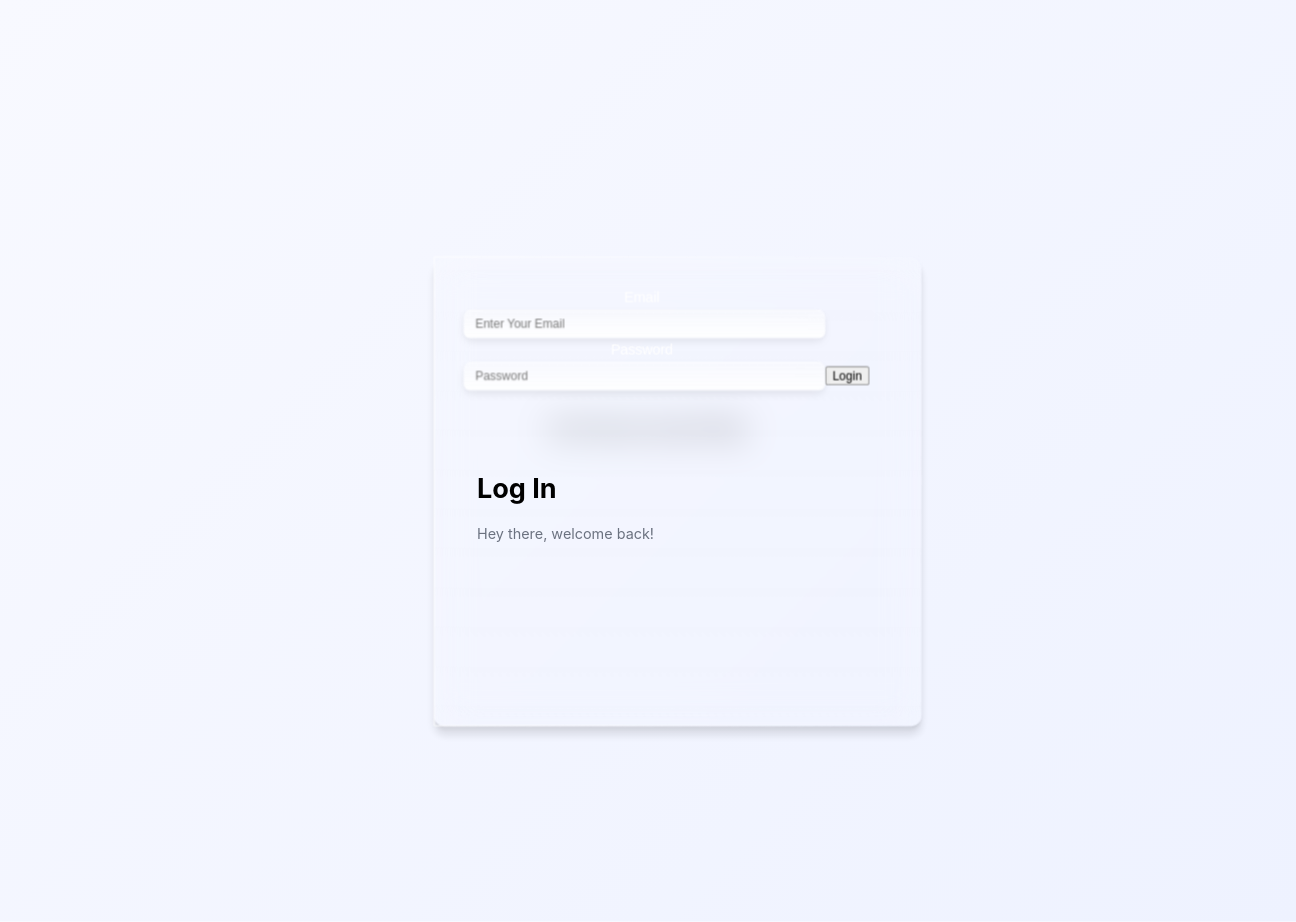
Repository: AfifaNoor/Admin_Panel-React-
Page: /
An editor plug-in stored every save of this project. The page is shown before and after the next save, followed by the edit.
The browser window is 1280 px wide. The page is 1440 px wide, so the pictures cover 1440 px, including what lies to the right of the window. The pictures show the whole page, at 90% of full size.
The project was rebuilt for these pictures with package versions that can differ from the ones it lists, and the page was loaded fresh each time. Also part of the build but not shown: src/SignUp.jsx.

Above is the page before, as saved 2025-07-10 16:02:18.

### src/App.js
import React from 'react'
import LoginPage from './LoginPage'
import { RouterProvider } from 'react-router-dom'
import Router from './Router'

const App = () => {
  return (
    <>
      {/* <RouterProvider router={Router}/> */}
      <LoginPage/>
    </>


  )
}

export default App

### src/LoginPage.jsx
import React, { useState } from 'react'
// import {Navigate, useNavigate} from 'react-router-dom';
import "./LoginPage.css"
import { ToastContainer, toast } from 'react-toastify';
import 'react-toastify/dist/ReactToastify.css';

const LoginPage = () => {
    const[email , setEmail]=useState('')
    const [password , setPassword] = useState('')
    // const navigate= useNavigate();

const handleSubmit =(e)=>{
    e.preventDefault();

 const hardcoreMail="login@gmail.com";
 const hardcorePassword = '1234567'

    if (email=== hardcoreMail && password === hardcorePassword){
        alert("Login Successfull")

    }else{
        alert("Invalid Credential")
    }

}



  return (
 <div className="login-container">

      <div className="signup-redirect">
        <p>
          Don’t have an account?{' '}
          {/* <span className="signup-link" onClick={() => navigate('/sign-up')}> */}
            {/* Sign Up */}
          {/* </span> */}
          <span className="signup-link" >
            Sign
          </span>
        </p>
      </div>

      <div className="title">
        <h1>Log In</h1>
        <p>Hey there, welcome back!</p>
      </div>

    <div>



    </div>

      <form className="login-form" onSubmit={handleSubmit}>
      <label className='form-label'>Email</label>
        <input
          type="email"
          className="form-input"
          value={email}
          placeholder="Enter Your Email"
          onChange={(e) => setEmail(e.target.value)}
          required
        />

        <label className='form-label'>Password</label>
        <input
          type="password"
          className="form-input"
          placeholder="Password"
          value={password}
          onChange={(e) => setPassword(e.target.value)}
          required
        />

        <button className="login-btn" type="submit">
          Login
        </button>

        {/* <ToastContainer /> */}
      </form>
    </div>
  );
}

export default LoginPage

### src/Router.jsx
import React from 'react';
import { createBrowserRouter , createRoutesFromElements , Route } from 'react-router-dom';
import LoginPage from './LoginPage';
import SignUp from './SignUp';

const Router = createBrowserRouter(
  createRoutesFromElements(
    <>

      <Route path='/sign-up' element={<SignUp/>}/>
      <Route path='login-page' element={<LoginPage/>}/>
    </>
  )
)

export default Router;

### src/LoginPage.css
.login-container {
  width: 1440px;
  height: 1024px;
  /* background: #FFFFFF; */
  opacity: 1;
  transform: rotate(0deg);
  display: flex;
  justify-content: center;
  align-items: center;
  background: linear-gradient(135deg, #f8f9ff, #eef2ff);
  flex-direction: column;
  /* font-family: 'Inter','sans-serif'; */
  position: relative;


}


.title{
  z-index: 3;
  width: 380px;
  height: 72px;
  opacity: 1;
  gap: 10px;

}

.title h1 {
width: 380px;
height: 40px;
font-family: 'Inter', sans-serif;
font-weight: 600px;
font-size: 30px;
line-height: 40px;
letter-spacing: -1%;
}

.title p{
  font-size: 16px;
  font-style: Inter;
  font-weight: 400px;
  font-style:normal;
  line-height: 22px;
  letter-spacing: -1%;
  color: rgba(107, 114, 128, 1);

}

.login-form{
  width: 476px;
  height: 456px;
  position: absolute;
  top: 284.5px;
  left: 482px;
  border-radius: 12px;
  padding: 32px;
  gap: 10px;
  opacity: 1;
  flex-direction: column;

  z-index: 2;

  background: linear-gradient(180deg, rgba(255, 255, 255, 0) -9.58%, rgba(255, 255, 255, 0.052) 100%);
  border: 1px solid transparent;
  border-image-source: linear-gradient(93.78deg, #FFFFFF 8.04%, rgba(255, 255, 255, 0) 100%);
  border-image-slice: 1;


-webkit-backdrop-filter: blur(20px);
backdrop-filter: blur(20px);

box-shadow:
  0px 10px 10px 0px rgba(0, 0, 0, 0.10),
  0px 4px 4px 0px rgba(0, 0, 0, 0.05),
  0px 1px 0px 0px rgba(0, 0, 0, 0.05),
  inset 0px 20px 50px 0px rgba(255, 255, 255, 0.15);

}

.form-label{
width: 380px;
height: 22px;
transform: rotate(0deg);
opacity: 1;
gap: 12px;

font-family: 'Intern',sans-serif;
font-weight: 500px;
font-size: 16px;
line-height: 22px;
letter-spacing: -0.01em;

color:#FFFFFF;


border: none;
border-radius: 6px;
padding: 2px 8px;
cursor: pointer;
display: inline-flex;
align-items: center;
justify-content: center;

}

.form-input{

 width: 380px;
  height: 20px;
  min-width: 140px;
  max-width: 500px;
  transform: rotate(0deg);
  opacity: 1;
  border-radius: 8px;
  border-width: 1px;
  padding: 5px 8px 5px 12px;
  gap: 8px;

  background: linear-gradient(0deg, rgba(255, 255, 255, 0.9) 0%, rgba(255, 255, 255, 0.4) 100%);
  border: 1px solid transparent; /* fallback for border-image */

  border-image:
    linear-gradient(0deg, rgba(255, 255, 255, 0.1), rgba(255, 255, 255, 0.1)),
    linear-gradient(360deg, rgba(255, 255, 255, 0.5) 0%, rgba(255, 255, 255, 0) 100%);
  border-image-slice: 1;


  -webkit-backdrop-filter: blur(20px);
  backdrop-filter: blur(20px);
  box-shadow: 0 4px 10px rgba(0,0,0,0.08);
  cursor: pointer;
}

Loaded but not shown: public/index.html (common file); src/index.js (common file); src/index.css (common file); src/reportWebVitals.js (common file)

After the next save:
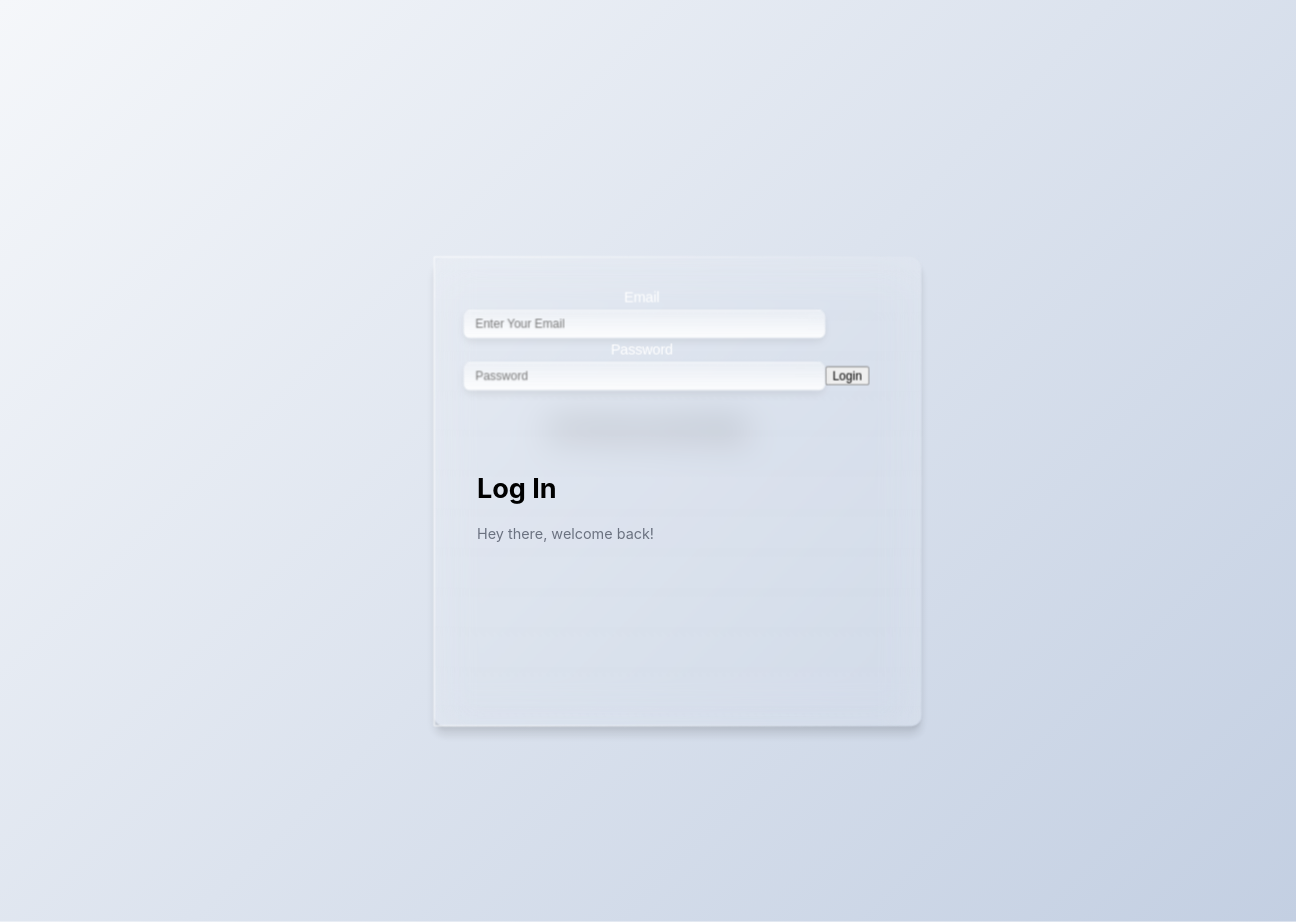
Saved 2 min 31 s later.
--- a/src/LoginPage.css
+++ b/src/LoginPage.css
@@ -7,7 +7,9 @@
   display: flex;
   justify-content: center;
   align-items: center;
-  background: linear-gradient(135deg, #f8f9ff, #eef2ff);
+  /* background: linear-gradient(135deg, #f8f9ff, #eef2ff);
+   */
+  background: linear-gradient(135deg, #f5f7fa, #c3cfe2);
   flex-direction: column;
   /* font-family: 'Inter','sans-serif'; */
   position: relative;

After the save that followed:
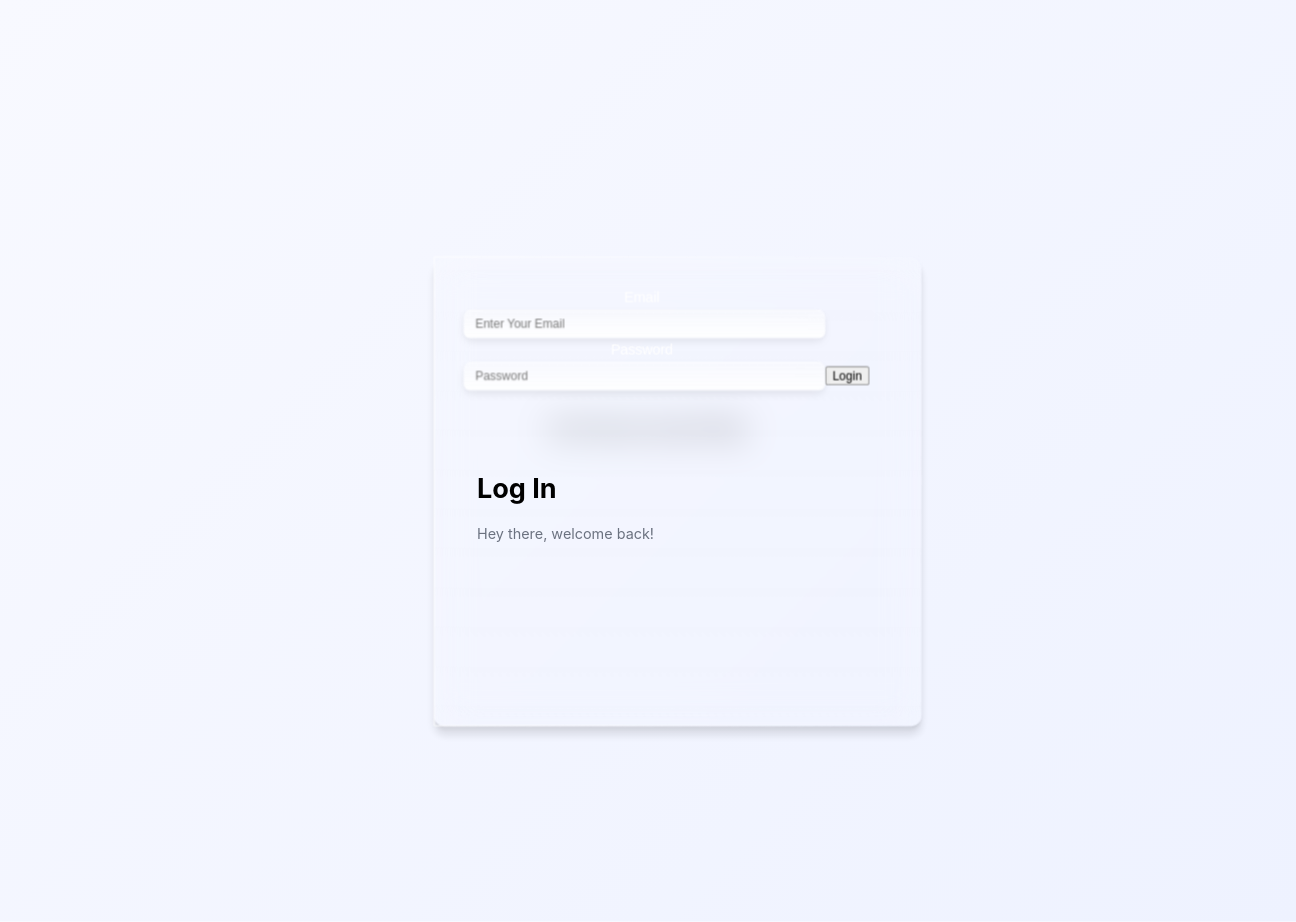
Saved 11 s later.
--- a/src/LoginPage.css
+++ b/src/LoginPage.css
@@ -7,9 +7,7 @@
   display: flex;
   justify-content: center;
   align-items: center;
-  /* background: linear-gradient(135deg, #f8f9ff, #eef2ff);
-   */
-  background: linear-gradient(135deg, #f5f7fa, #c3cfe2);
+  background: linear-gradient(135deg, #f8f9ff, #eef2ff);
   flex-direction: column;
   /* font-family: 'Inter','sans-serif'; */
   position: relative;
